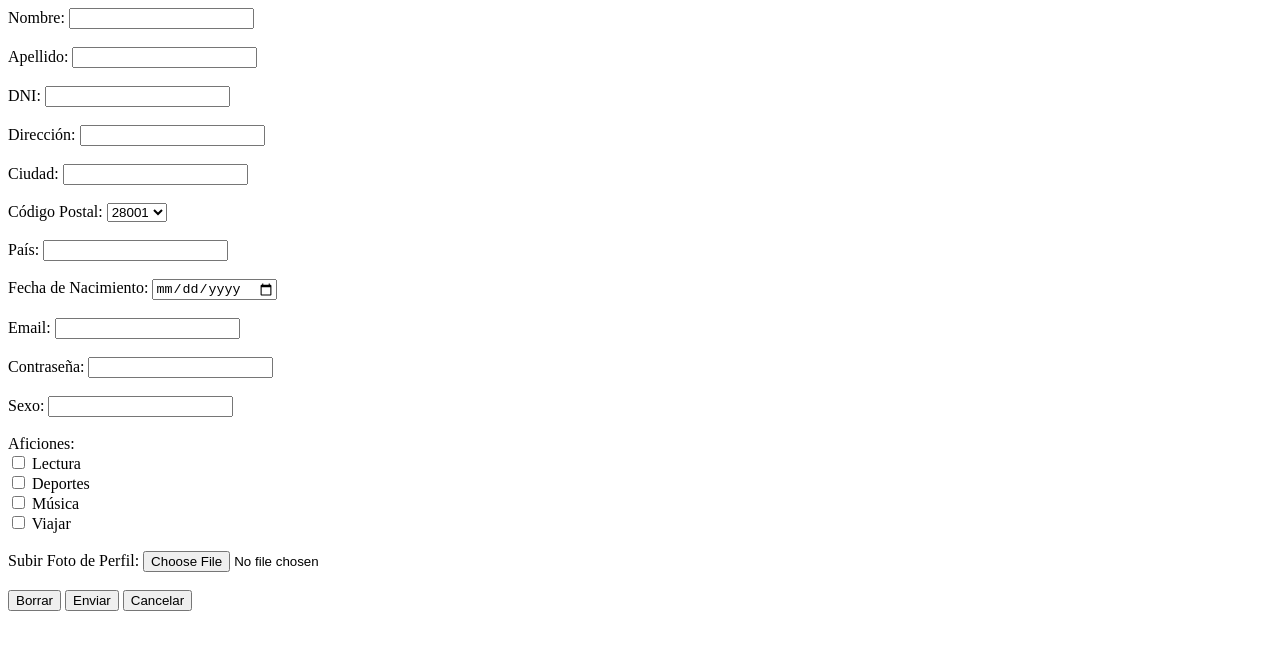
Repository: demoniers/demonIers.github.io
Page: web-lenguajes/src/singin.html
The author's editor kept a copy of each file at every save. The page is drawn from the files as they stood at one save, then again after the next save.
The browser window is 1280 px wide. The pictures show the whole page.

Above is the page before, as saved 2025-01-23 15:54:57.

### web-lenguajes/src/singin.html
<!DOCTYPE html>
<html lang="es">
<head>
    <meta charset="UTF-8">
    <meta name="viewport" content="width=device-width, initial-scale=1.0">
    <title>Formulario de Registro</title>
</head>
<body>
    <form action="/submit" method="post" enctype="multipart/form-data">
        <label for="nombre">Nombre:</label>
        <input type="text" id="nombre" name="nombre" required><br><br>

        <label for="apellido">Apellido:</label>
        <input type="text" id="apellido" name="apellido" required><br><br>

        <label for="dni">DNI:</label>
        <input type="text" id="dni" name="dni" pattern="[0-9]{8}[A-Z]{1}" required><br><br>

        <label for="direccion">Dirección:</label>
        <input type="text" id="direccion" name="direccion" pattern="C/ .+ nº [0-9]+" required><br><br>

        <label for="ciudad">Ciudad:</label>
        <input type="text" id="ciudad" name="ciudad" required><br><br>

        <label for="cod_postal">Código Postal:</label>
        <select id="cod_postal" name="cod_postal" required>
            <option value="28001">28001</option>
            <option value="08002">08002</option>
            <option value="41003">41003</option>
            <option value="50004">50004</option>
            <option value="35005">35005</option>
        </select><br><br>

        <label for="pais">País:</label>
        <input type="text" id="pais" name="pais" required><br><br>

        <label for="f_nacimiento">Fecha de Nacimiento:</label>
        <input type="date" id="f_nacimiento" name="f_nacimiento" required><br><br>

        <label for="email">Email:</label>
        <input type="email" id="email" name="email" pattern=".+@correo\.es" required><br><br>

        <label for="contrasena">Contraseña:</label>
        <input type="password" id="contrasena" name="contrasena" pattern=".{7}.*.{5}.*&.*[0-9]{2}" required><br><br>

        <label for="sexo">Sexo:</label>
        <input type="text" id="sexo" name="sexo" required><br><br>

        <label for="aficiones">Aficiones:</label><br>
        <input type="checkbox" id="lectura" name="aficiones" value="lectura">
        <label for="lectura">Lectura</label><br>
        <input type="checkbox" id="deportes" name="aficiones" value="deportes">
        <label for="deportes">Deportes</label><br>
        <input type="checkbox" id="musica" name="aficiones" value="musica">
        <label for="musica">Música</label><br>
        <input type="checkbox" id="viajar" name="aficiones" value="viajar">
        <label for="viajar">Viajar</label><br><br>

        <label for="foto">Subir Foto de Perfil:</label>
        <input type="file" id="foto" name="foto" accept="image/*" required><br><br>

        <button type="reset">Borrar</button>
        <button type="submit">Enviar</button>
        <button type="button" onclick="window.location.href='/cancel'">Cancelar</button>
    </form>
</body>
</html>

After the next save:
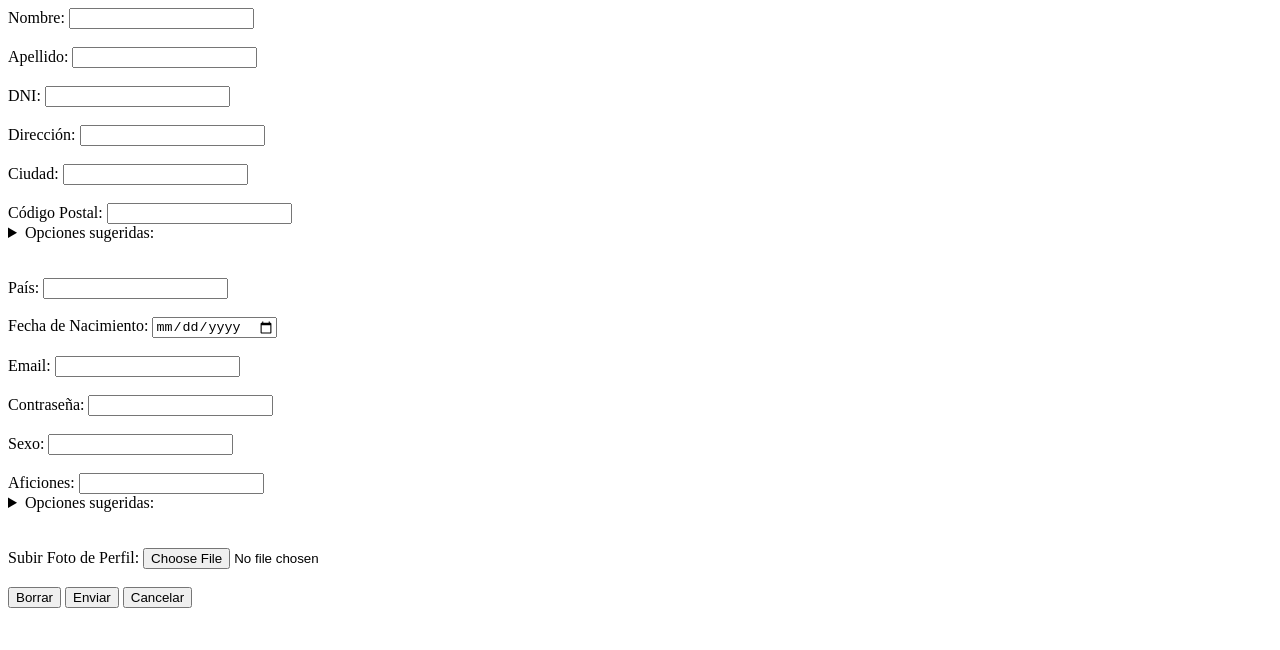
Saved 2 min 8 s later.
--- a/web-lenguajes/src/singin.html
+++ b/web-lenguajes/src/singin.html
@@ -23,13 +23,15 @@
         <input type="text" id="ciudad" name="ciudad" required><br><br>
 
         <label for="cod_postal">Código Postal:</label>
-        <select id="cod_postal" name="cod_postal" required>
-            <option value="28001">28001</option>
-            <option value="08002">08002</option>
-            <option value="41003">41003</option>
-            <option value="50004">50004</option>
-            <option value="35005">35005</option>
-        </select><br><br>
+        <input type="text" id="cod_postal" name="cod_postal" maxlength="5" required>
+        <details>
+            <summary>Opciones sugeridas:</summary>
+            <p>28001</p>
+            <p>08002</p>
+            <p>41003</p>
+            <p>50004</p>
+            <p>35005</p>
+        </details><br><br>
 
         <label for="pais">País:</label>
         <input type="text" id="pais" name="pais" required><br><br>
@@ -46,15 +48,15 @@
         <label for="sexo">Sexo:</label>
         <input type="text" id="sexo" name="sexo" required><br><br>
 
-        <label for="aficiones">Aficiones:</label><br>
-        <input type="checkbox" id="lectura" name="aficiones" value="lectura">
-        <label for="lectura">Lectura</label><br>
-        <input type="checkbox" id="deportes" name="aficiones" value="deportes">
-        <label for="deportes">Deportes</label><br>
-        <input type="checkbox" id="musica" name="aficiones" value="musica">
-        <label for="musica">Música</label><br>
-        <input type="checkbox" id="viajar" name="aficiones" value="viajar">
-        <label for="viajar">Viajar</label><br><br>
+        <label for="aficiones">Aficiones:</label>
+        <input type="text" id="aficiones" name="aficiones" required>
+        <details>
+            <summary>Opciones sugeridas:</summary>
+            <p>Lectura</p>
+            <p>Deportes</p>
+            <p>Música</p>
+            <p>Viajar</p>
+        </details><br><br>
 
         <label for="foto">Subir Foto de Perfil:</label>
         <input type="file" id="foto" name="foto" accept="image/*" required><br><br>
